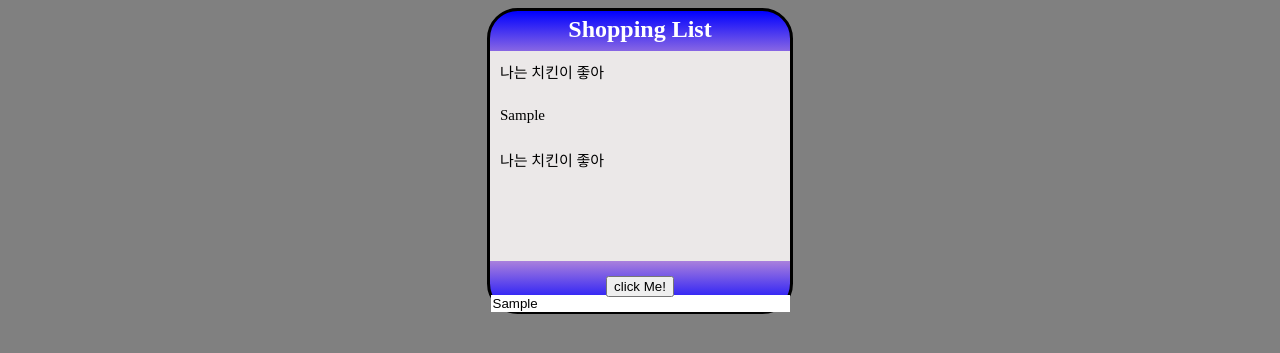
Repository: DevMinwoo-Jung/JavaScript101
Page: WebApIs/shoppingApp/index.html
An editor plug-in stored every save of this project. The page is shown before and after the next save, followed by the edit.
The browser window is 1280 px wide. The pictures show the whole page.
Empty fields were first filled with sample values (such as "Sample", 5 or name@example.com).
After loading, the first visible `button.addItem` was clicked once.

Above is the page before, as saved 2021-06-14 12:03:14.

After the next save:
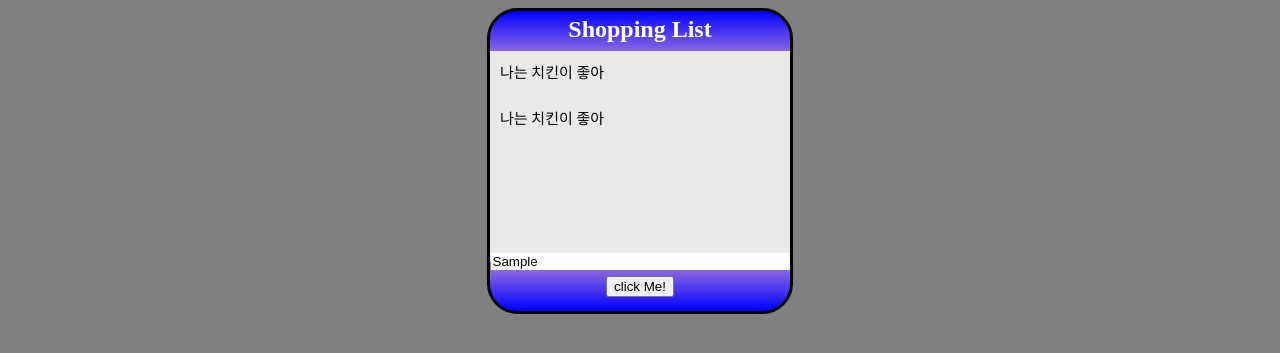
Console error: TypeError: Failed to execute 'insertAdjacentElement' on 'Element': parameter 2 is not of type 'Element'.
Saved 3 min 40 s later.
--- a/WebApIs/shoppingApp/main.js
+++ b/WebApIs/shoppingApp/main.js
@@ -17,7 +17,8 @@ addButton.addEventListener('click', () => {
   let currentP = document.querySelector('.item__list p');
 
   newP.appendChild(newContent);
-  currentP.parentNode.insertBefore(newP, currentP.nextSibling);
+  // currentP.parentNode.insertBefore(newP, currentP.nextSibling);
+  currentP.insertAdjacentElement('afterend', newContent);
   // console.log(inputValue.value);
   // console.log(currentP);
   // console.log(newP.appendChild(newContent));
